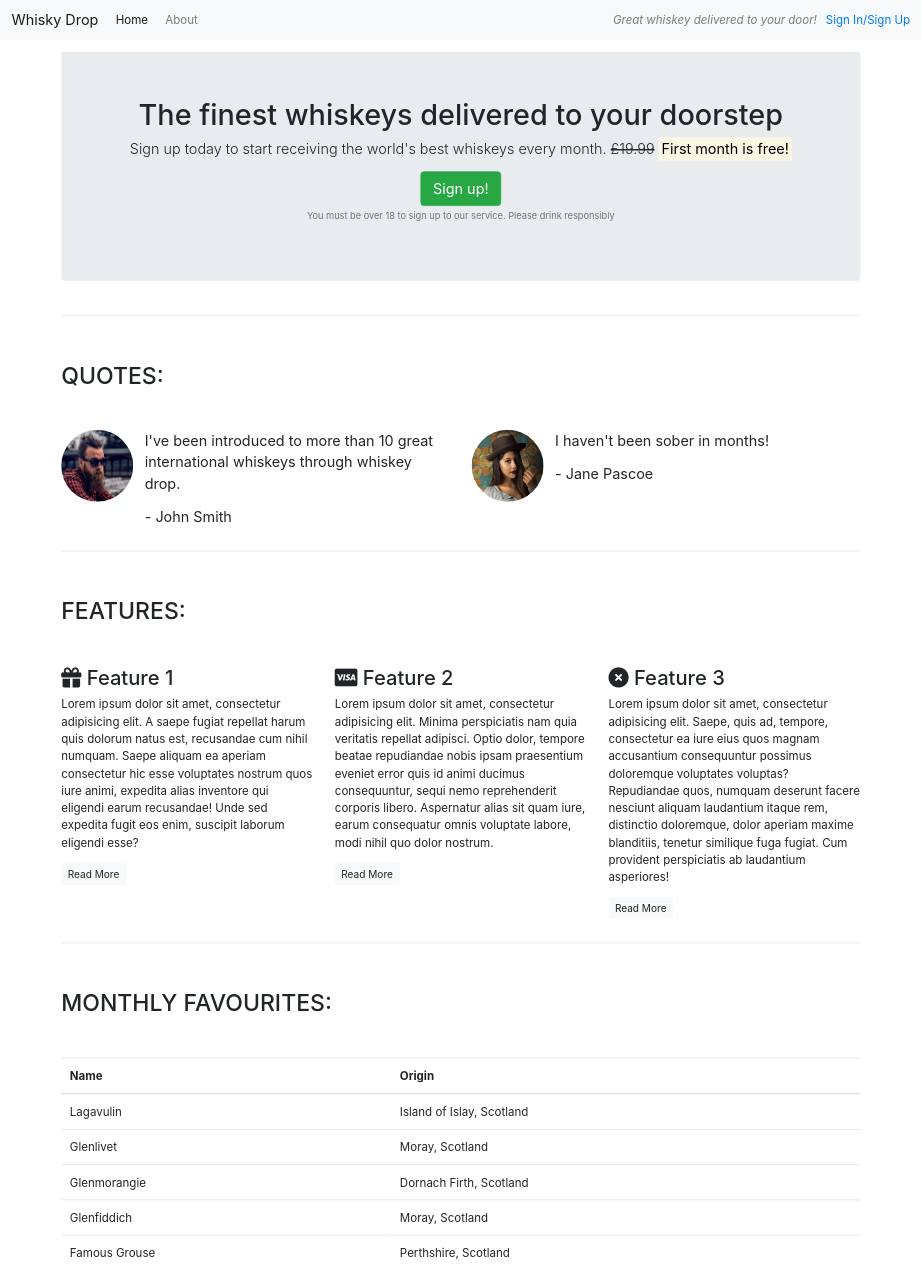
Repository: LouWills/WhiskeyDrop-bootstrap
Page: index.html
The author's editor kept a record of every edit. The page is drawn from the files as they stood at one moment, then again after the next edit.
The browser window is 1280 px wide. The pictures show the whole page, at 72% of full size.
Some web libraries are served in a nearby version.

Above is the page before.
Console error: TypeError: Cannot read properties of undefined (reading 'fn')

After the next edit:
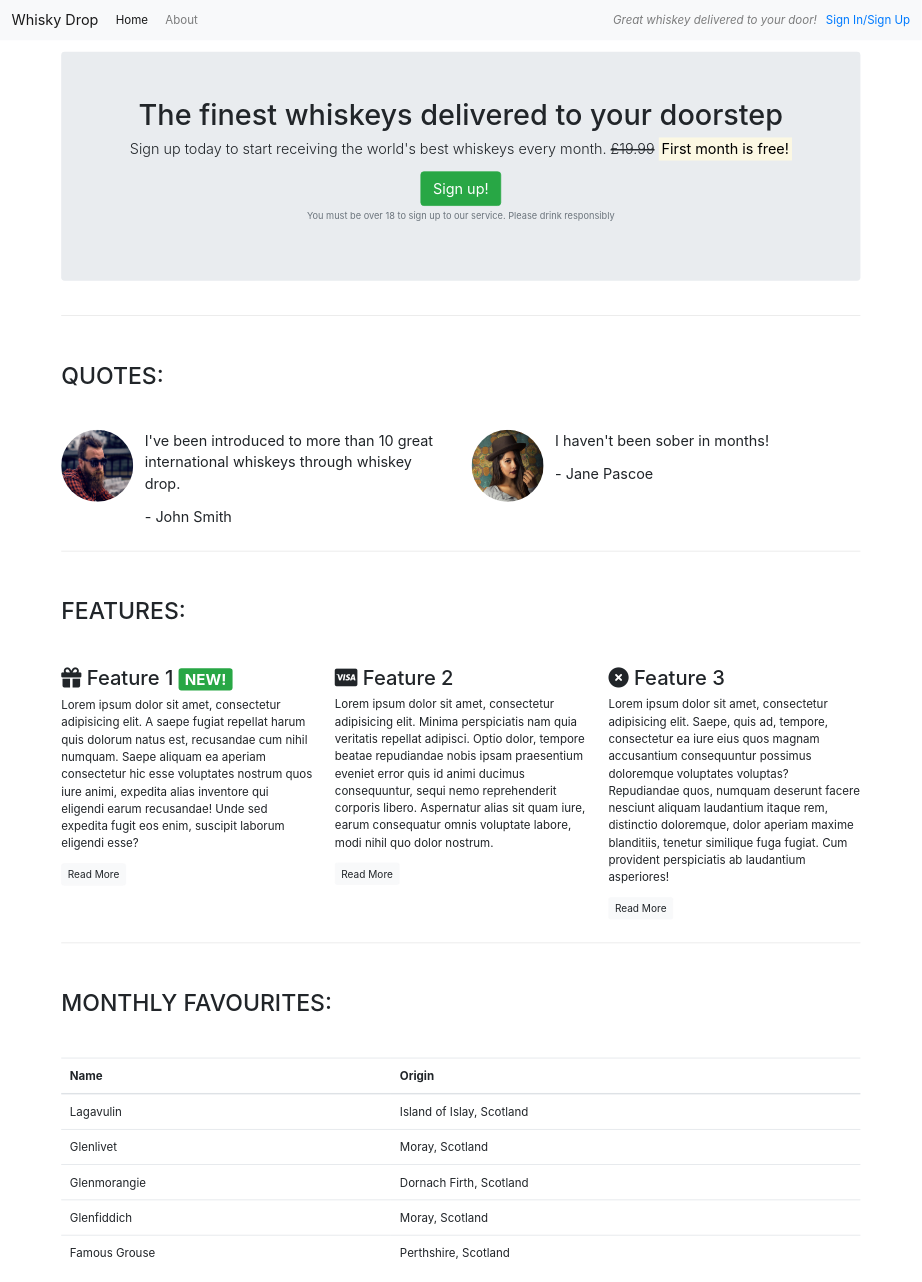
The edit:
--- a/index.html
+++ b/index.html
@@ -92,7 +92,7 @@
             <div class="row">
                 <div class="col-12 col-md-6 col-lg-4">
                     <div class="feature">
-                        <h3><i class="fas fa-gift"></i> Feature 1</h3>
+                        <h3><i class="fas fa-gift d-none d-sm-inline"></i> Feature 1 <span class="badge badge-success">NEW!</span></h3>
                         <p>Lorem ipsum dolor sit amet, consectetur adipisicing elit. A saepe fugiat repellat harum quis dolorum natus est, recusandae cum nihil numquam. Saepe aliquam ea aperiam consectetur hic esse voluptates nostrum quos iure animi, expedita alias inventore qui eligendi earum recusandae! Unde sed expedita fugit eos enim, suscipit laborum eligendi esse?</p>
                         <p><a class="btn btn-sm btn-light btn-tablet" href="">Read More</a></p>
                     </div>
